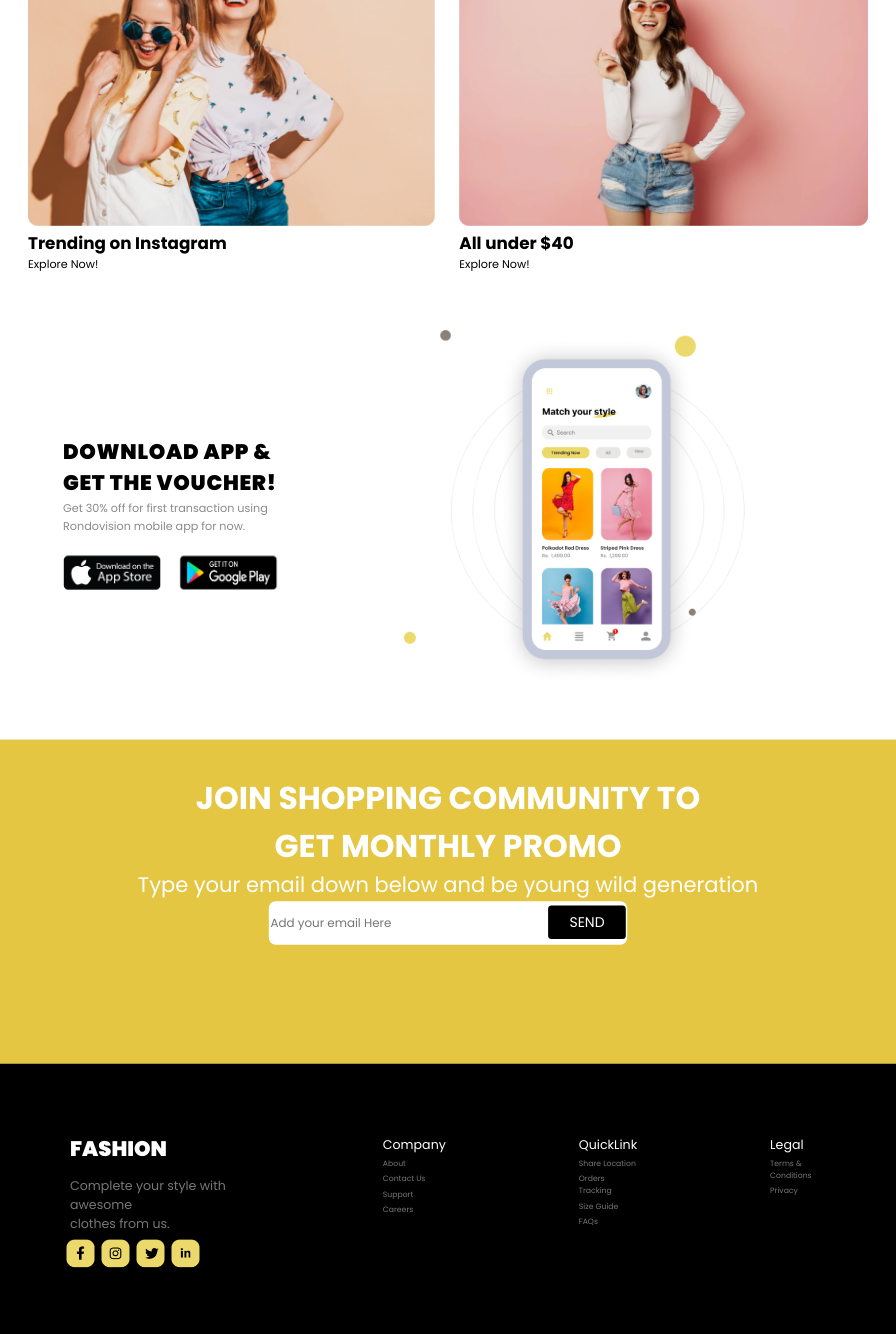
Repository: isaacCodes1/FashionWebsite
Page: index.html
These files come from the project's save history. The page is drawn as it stood at one moment and after the next save; the edit follows.
The browser window is 1280 px wide. The pictures show the part of the page from y = 2512 to 4432 px (the page is 4417 px tall before and 4432 px after), at 70% of full size.

Above is the page before, as saved 2024-03-14 11:21:46.

After the next save:
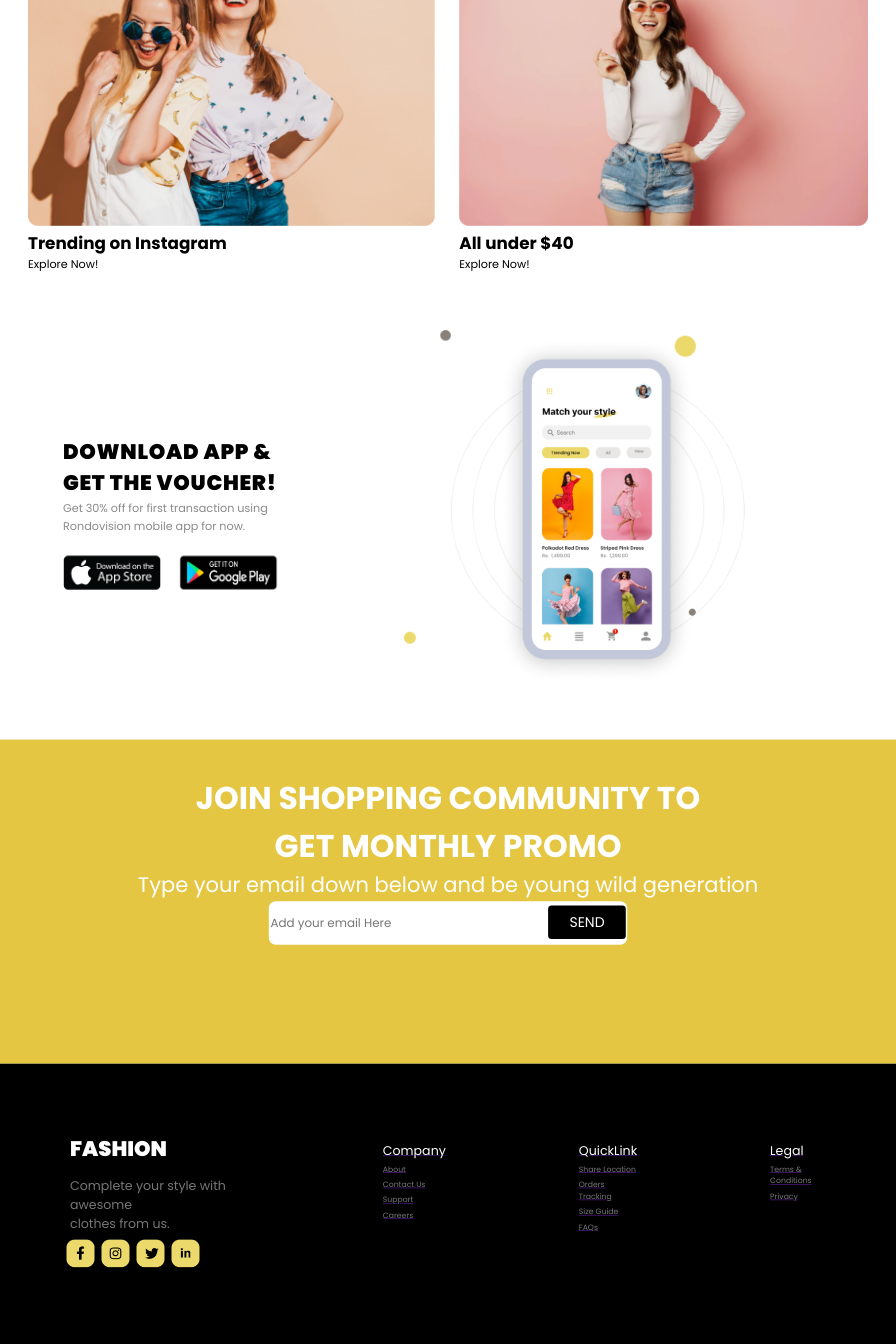
Saved 4 s later.
--- a/index.html
+++ b/index.html
@@ -229,7 +229,7 @@
                 <a href=""><img src="/Assets/Instagram.png" alt="" /></a>
               </div>
               <div class="icon">
-                <a href=""></a><img src="/Assets/Twitter.png" alt="" />
+                <a href=""><img src="/Assets/Twitter.png" alt="" />
               </div>
               <div class="icon">
                 <img src="/Assets/Linkedn.png" alt="" />

After the 4 saves that followed:
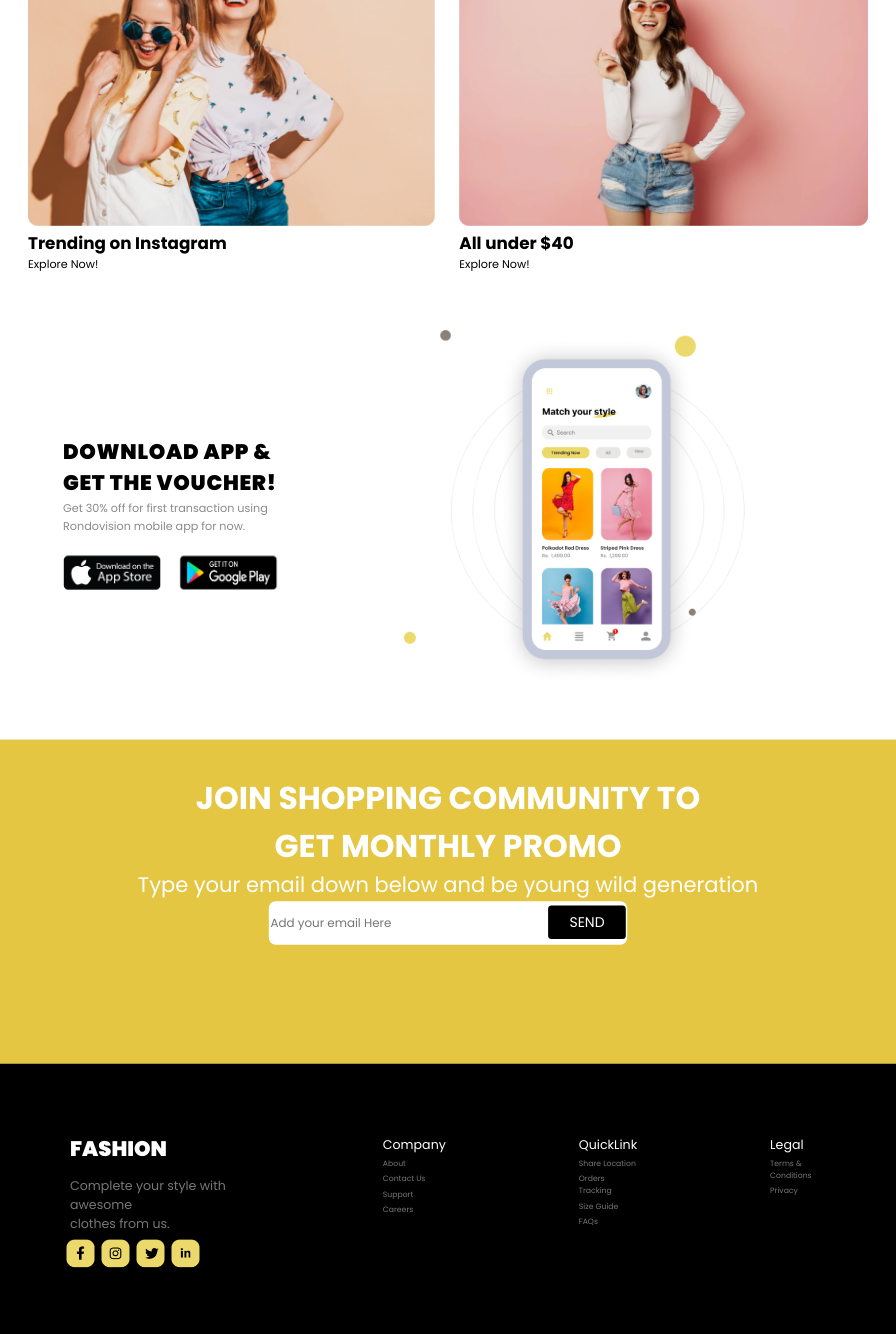
The 4 saves are shown as one change because 1 left the picture as it was and some came seconds apart.
The last was saved 14 s later.
--- a/index.html
+++ b/index.html
@@ -229,10 +229,10 @@
                 <a href=""><img src="/Assets/Instagram.png" alt="" /></a>
               </div>
               <div class="icon">
-                <a href=""><img src="/Assets/Twitter.png" alt="" />
-              </div>
-              <div class="icon">
-                <img src="/Assets/Linkedn.png" alt="" />
+                <a href=""><img src="/Assets/Twitter.png" alt="" /></a>
+              </div>
+              <div class="icon">
+                <a href=""><img src="/Assets/Linkedn.png" alt="" /></a>
               </div>
             </div>
           </div>
